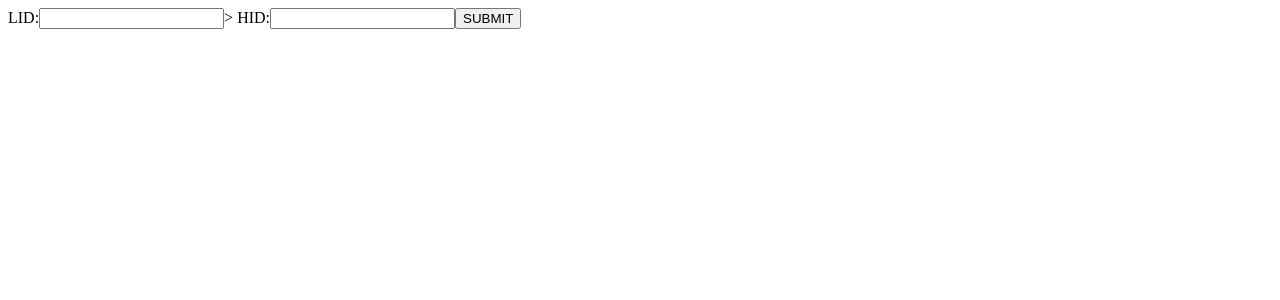
Repository: jeetlovely/ems
Page: http://localhost/EmergencyManagement/accident.jsp
An editor plug-in stored every save of this project. The page is shown before and after the next save, followed by the edit.
The browser window is 1280 px wide. The pictures show the whole page.
The page is served by Tomcat 9. Other server files are loaded and not shown. Queries for data that is not in the repository find no rows.

Above is the page before, as saved 2018-04-26 19:07:06.

### EmergencyManagement/WebContent/accident.jsp
<%@ page language="java" contentType="text/html; charset=ISO-8859-1"
    pageEncoding="ISO-8859-1"%>
<!DOCTYPE html PUBLIC "-//W3C//DTD HTML 4.01 Transitional//EN" "http://www.w3.org/TR/html4/loose.dtd">
<html>
<head>
<meta http-equiv="Content-Type" content="text/html; charset=ISO-8859-1">
<title>Insert title here</title>
</head>
<body>
<%@page import="connectt.*,java.sql.*" %>
<%
try{
	Connection cn=connection.getCn();
	String sql="select * from place";
	PreparedStatement ps=cn.prepareStatement(sql);
	ResultSet rs=ps.executeQuery();
	while(rs.next()){

%>
<tr>
<td><%=rs.getString(1) %></td>

<td><%=rs.getString(2) %></td></br>
</tr>
<%} %>


<%}catch(Exception e){
	System.out.println(e);
}
	%>
<%
try{
	Connection cn=connection.getCn();
	String ssql="select * from hospital_info";
	PreparedStatement ps=cn.prepareStatement(ssql);
	ResultSet rs=ps.executeQuery();
	while(rs.next()){

%>

<tr><td><%=rs.getString(1) %></td></tr>

<tr><td><%=rs.getString(2) %></td></tr>

<%} %>


<%}catch(Exception e){
	System.out.println(e);
}
	%>


</table>
<table>
<tr>LID:<input type="text"/></tr>>
<tr>HID:<input type="text"/></tr>
<input type="submit" value="SUBMIT">
</table>

</body>
</html>

### EmergencyManagement/src/connectt/connection.java
package connectt;

import java.sql.*;
import java.io.IOException;
import javax.servlet.ServletException;
import javax.servlet.annotation.WebServlet;
import javax.servlet.http.HttpServlet;
import javax.servlet.http.HttpServletRequest;
import javax.servlet.http.HttpServletResponse;


public class connection
{
	static Connection pn=null;
	static String driver="com.ibm.db2.jcc.DB2Driver";
	static String url="jdbc:db2://localhost:50000/cloud";
	static String user="SOUMYAJIT";
	static String pass="appyjeet1";

	public static Connection getCn(){
		try{
			Class.forName(driver);
			pn=DriverManager.getConnection(url,user,pass);

		}catch(Exception e){
			System.out.println(e);
		}
		return pn;
	}
}

After the next save:
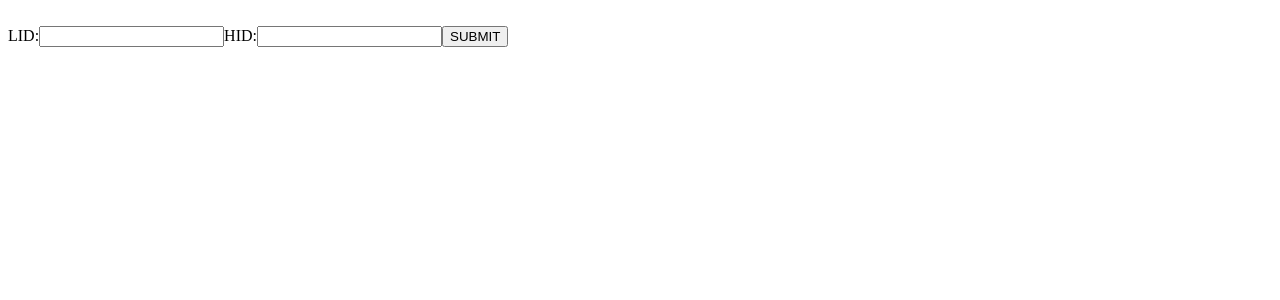
Saved 2 min 59 s later.
--- a/EmergencyManagement/WebContent/accident.jsp
+++ b/EmergencyManagement/WebContent/accident.jsp
@@ -52,9 +52,9 @@ try{
 	%>
 
 
-</table>
+</table></br>
 <table>
-<tr>LID:<input type="text"/></tr>>
+<tr>LID:<input type="text"/></tr>
 <tr>HID:<input type="text"/></tr>
 <input type="submit" value="SUBMIT">
 </table>
